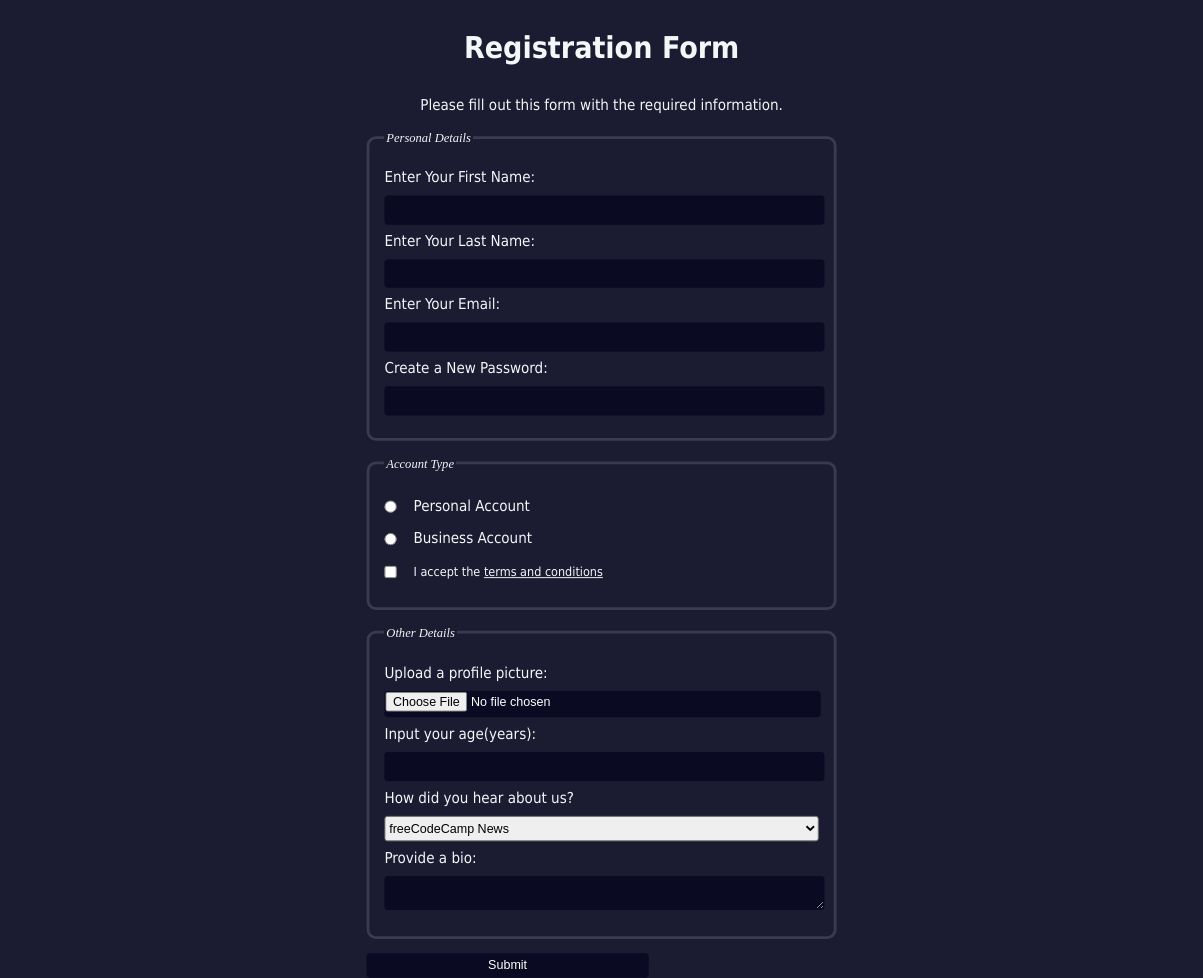
Repository: Lungdjos/registration_form
Page: index.html
An editor plug-in stored every save of this project. The page is shown before and after the next save, followed by the edit.
The browser window is 1280 px wide. The pictures show the whole page, at 94% of full size.

Above is the page before, as saved 2023-09-29 11:08:47.

After the next save:
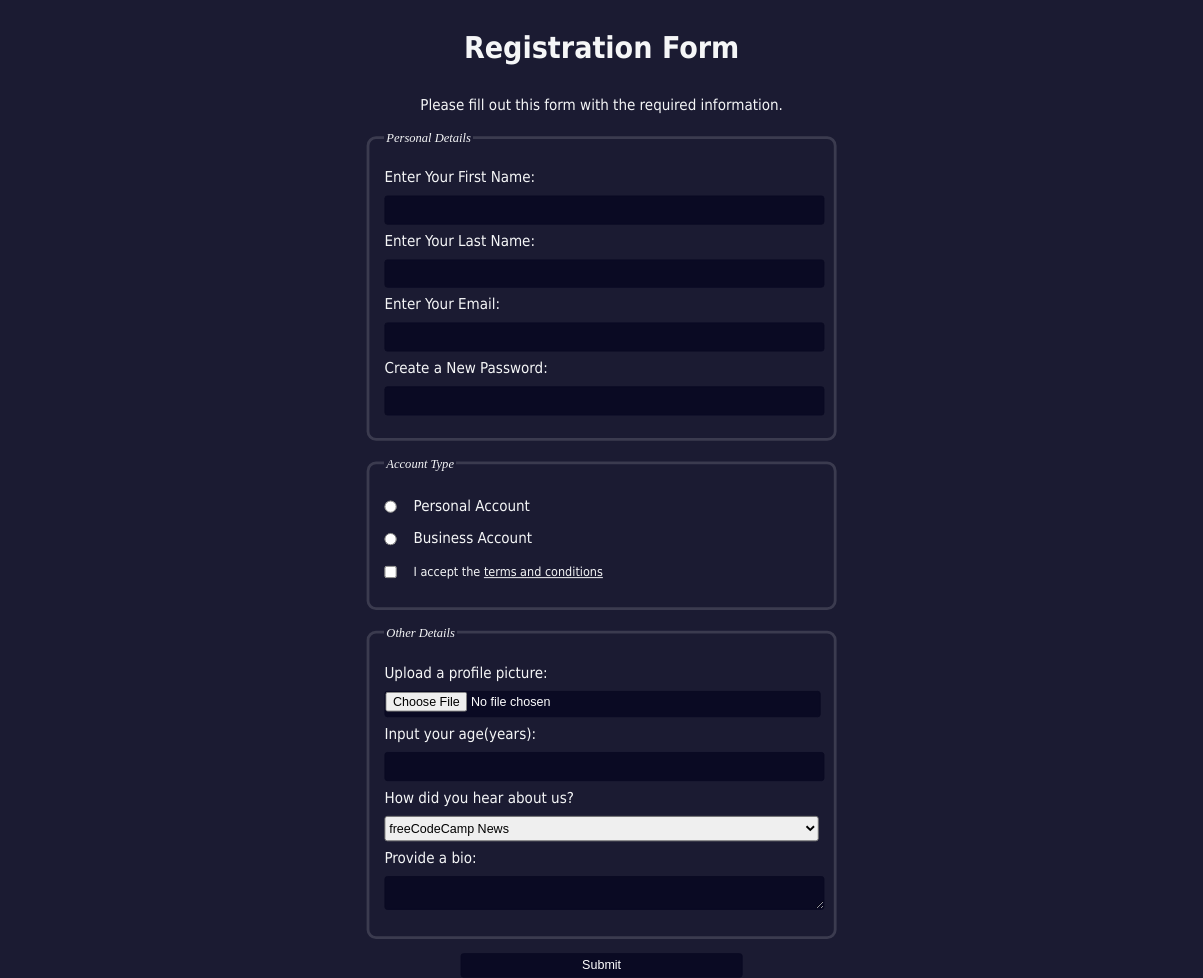
Saved 71 s later.
--- a/indexStyles.css
+++ b/indexStyles.css
@@ -91,5 +91,5 @@ form {
 input[name="submit"] {
     display: block;
     width: 60%;
-    align-items: center;
+    margin: 0 auto;
 }
